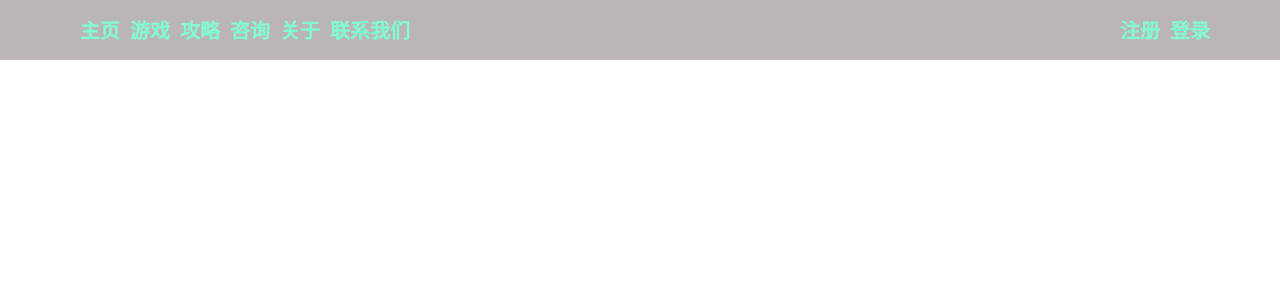
Repository: nucleako/xxtx
Page: / (app in xxtx/)
These files come from the project's save history. The page is drawn as it stood at one moment and after the next save; the edit follows.
The browser window is 1280 px wide. The pictures show the whole page.
The project was rebuilt for these pictures with package versions that can differ from the ones it lists, and the page was loaded fresh each time.

Above is the page before, as saved 2022-09-02 17:20:08.

After the next save:
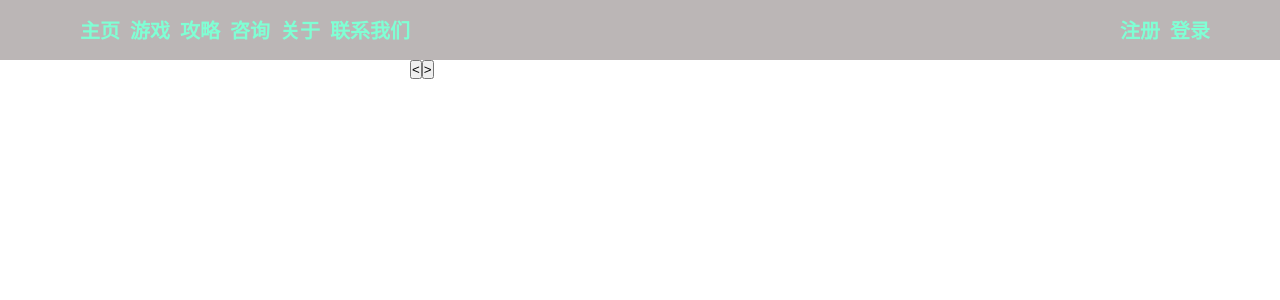
Saved 31 h 19 min later.
--- a/xxtx/src/views/Home.vue
+++ b/xxtx/src/views/Home.vue
@@ -1,6 +1,16 @@
 <template>
 <Header />
 <router-view/>
+
+  <div class="bigshow">
+    <div class="row">
+      <div class="swiper">
+        <img src="" alt="">
+        <button>&lt;</button>
+        <button>&gt;</button>
+      </div>
+    </div>
+  </div>
 
 </template>
 
